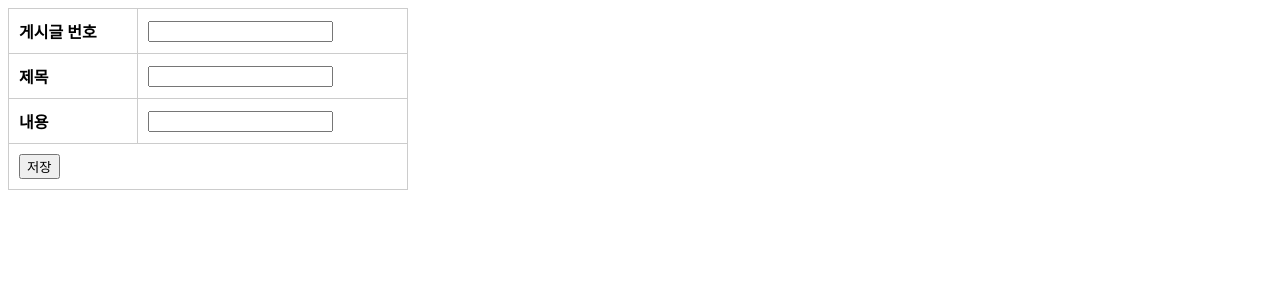
Repository: dnjfvnf123/eGovframework
Page: http://localhost/myproject1/board/boardWrite.jsp
An editor plug-in stored every save of this project. The page is shown before and after a run of saves, followed by the edit.
The browser window is 1280 px wide. The pictures show the whole page.
The page is served by Tomcat 9. Nobody is signed in. The application's start-up code is not run. Other server files are loaded and not shown.

Above is the page before, as saved 2024-02-05 06:16:55.

### myproject1/src/main/webapp/board/boardWrite.jsp
<%@ page language="java" contentType="text/html; charset=UTF-8"
    pageEncoding="UTF-8"%>
<!DOCTYPE html PUBLIC "-//W3C//DTD HTML 4.01 Transitional//EN" "http://www.w3.org/TR/html4/loose.dtd">
<html>
<head>
<meta http-equiv="Content-Type" content="text/html; charset=UTF-8">
<title>Insert title here</title>
</head>
<style>
table {
	width:400px;
 	border-collapse:collapse; /* cell 사이 간격을 없앰 */
}
th, td {
    border: 1px solid #cccccc;
    padding: 10px; /* Adjust the padding according to your preference */
    text-align: left; /* Align text to the left for better readability */
}
</style>

<body>

<form name="frm" method = "post" action = "">
<table>
	<tr>
		<th>게시글 번호</th>
		<td><input type ="text" name = "deptno"></td>
	</tr>

	<tr>
		<th>제목</th>
		<td><input type ="text" name = "title"></td>
	</tr>

	<tr>
		<th>내용</th>
		<td><input type ="text" name = "content"></td>
	</tr>

	<tr>
		<th colspan = "2">
		<button type = "submit">저장</button>
		</th>
	</tr>
</table>
</form>

</body>
</html>

After the next 3 saves:
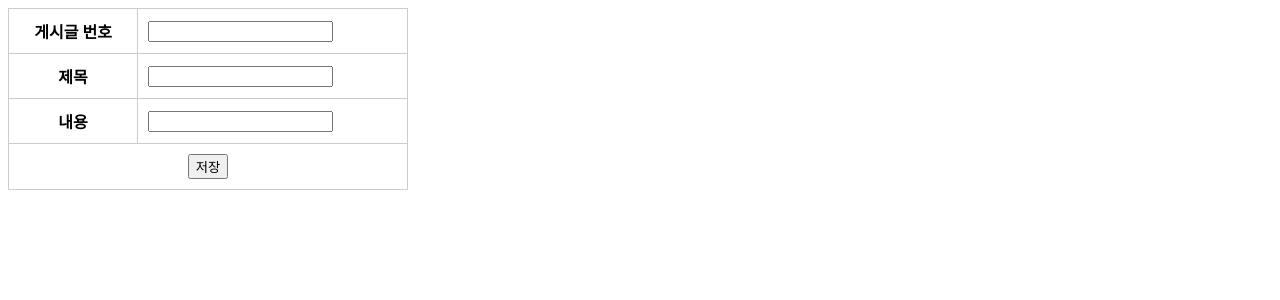
The 3 saves are shown as one change because they came seconds apart.
The last was saved 20 s later.
--- a/myproject1/src/main/webapp/board/boardWrite.jsp
+++ b/myproject1/src/main/webapp/board/boardWrite.jsp
@@ -14,7 +14,7 @@ table {
 th, td {
     border: 1px solid #cccccc;
     padding: 10px; /* Adjust the padding according to your preference */
-    text-align: left; /* Align text to the left for better readability */
+    text-align: ; /* Align text to the left for better readability */
 }
 </style>
 
